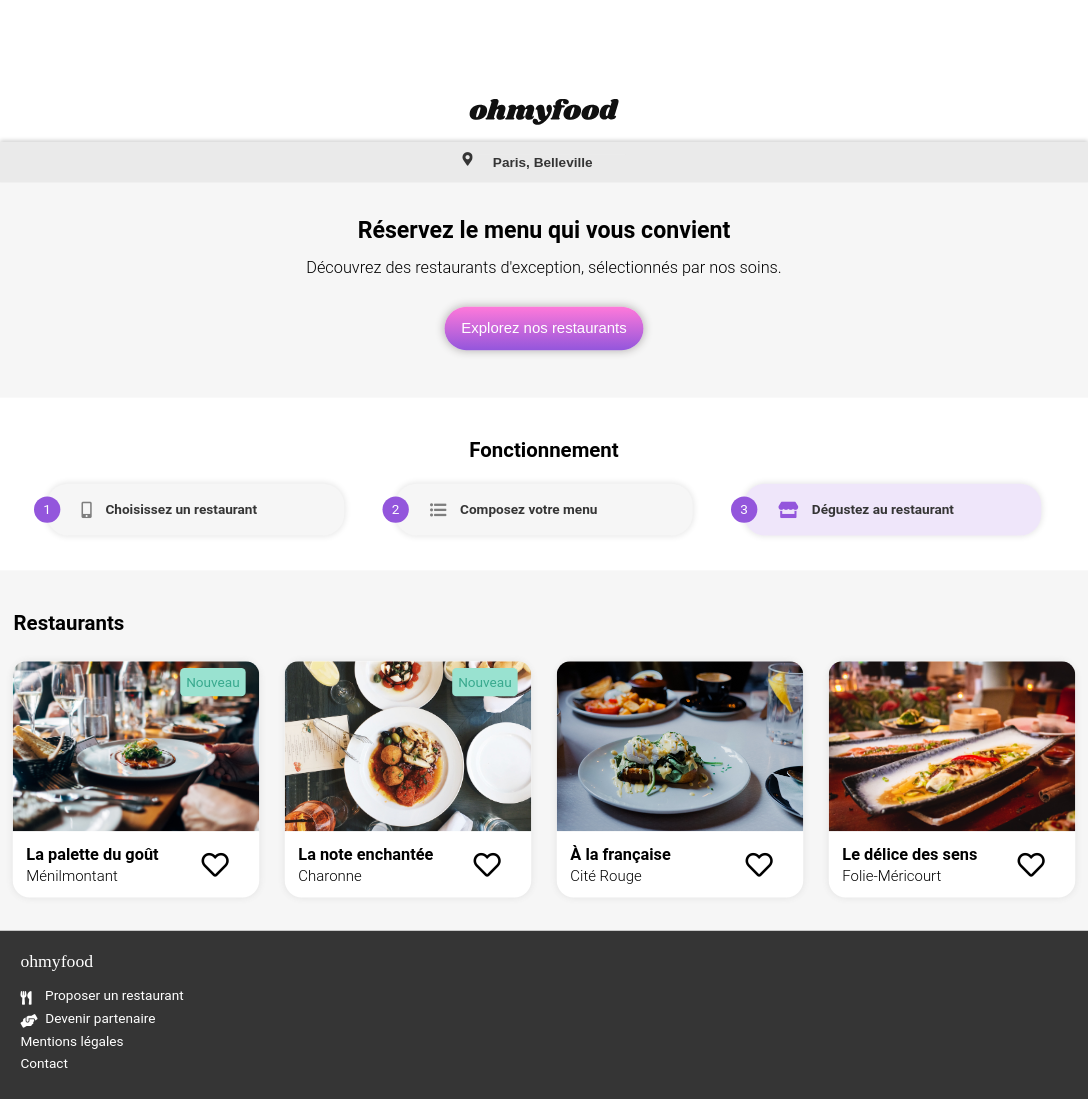
Repository: AlexisTisserand/AlexisTisserand_3_24112020
Page: index.html
The author's editor kept a copy of each file at every save. The page is drawn from the files as they stood at one save, then again after the next save.
The browser window is 1280 px wide. The pictures show the whole page, at 85% of full size.
Some web libraries are served in a nearby version. The style sheet was rebuilt from its Sass, Less or Tailwind sources for each picture, by a compiler version that may differ from the author's.

Above is the page before, as saved 2020-12-09 14:29:46.

### index.html
<!DOCTYPE html>
<html lang="fr">

<head>
    <meta charset="UTF-8"/>
    <meta name="viewport" content="width=device-width, initial-scale=1">
    <meta name="descritpion" content="Site internet ohmyfood, composez votre menu et réservez dans les meilleurs restaurants de Paris.">
    <meta name="author" content="Alexis Tisserand">
    <link rel="stylesheet" href="https://use.fontawesome.com/releases/v5.4.1/css/all.css" integrity="sha384-5sAR7xN1Nv6T6+dT2mhtzEpVJvfS3NScPQTrOxhwjIuvcA67KV2R5Jz6kr4abQsz" crossorigin="anonymous">
    <link rel="stylesheet" href="style.css"/>
    <title>ohmyfood - Accueil</title>
</head>

<!--bloc_page-->
<body>

<div class="lds-grid"><div></div><div></div><div></div><div></div><div></div><div></div><div></div><div></div><div></div></div>

<div id="bloc-page">

<!--HEADER-->

<header>

    <div class="logo">
        <img src="images/logo/ohmyfood@2x.svg" alt="Logo ohmyfood"/>
    </div>
    <div class="search-bar">
        <div class="search-bar-button"><i class="fas fa-map-marker-alt"></i></div>
        <input type="search" class="search-bar-text-input" placeholder="Saisissez votre ville" value="Paris, Belleville">
    </div>
</header>

<section id="description-ohmyfood">
    <h2>Réservez le menu qui vous convient</h2>
    <h3>Découvrez des restaurants d'exception, sélectionnés par nos soins.</h3>
    <button class="description-ohmyfood-explorer" type="button">Explorez nos restaurants</button>
</section>

<section id="fonctionnement">
    <h2>Fonctionnement</h2>
    <nav>
        <ul class="fonctionnement-nav">
            <li class="fonctionnement-nav-etape ">
                <span>1</span>
                <i class="fas fa-mobile-alt"></i>
                <h4>Choisissez un restaurant</h4>
            </li>
            <li class="fonctionnement-nav-etape ">
                <span>2</span>
                <i class="fas fa-list-ul"></i>
                <h4>Composez votre menu</h4>
            </li>
            <li class="fonctionnement-nav-etape active">
                <span>3</span>
                <i class="fas fa-store"></i>
                <h4>Dégustez au restaurant</h4>
            </li>
        </ul>
    </nav>
</section>

<section id="restaurants">

        <h2>Restaurants</h2>

        <a href="menu-la-palette-du-gout.html" class="card-restaurant">
            <img class="card-restaurant-img" src="images/restaurants/la_palette_du_gout-min.jpg" alt="La Palette du Goût"/>
            <div class="card-restaurant-nouveau">Nouveau</div>
            <div class="card-restaurant-legende">
                <div class="card-restaurant-legende-text">
                    <h4>La palette du goût</h4>
                    <h5>Ménilmontant</h5>
                </div>
                <div class="card-restaurant-legende-heart">
                    <span class="fa-stack">
                        <i class="far fa-heart fa-stack-2x"></i>
                    </span>
                </div>
            </div>
        </a>

        <a href="menu-la-note-enchantee.html" class="card-restaurant">
            <img class="card-restaurant-img" src="images/restaurants/la_note_enchantee-min.jpg" alt="La Note Enchantée"/>
            <div class="card-restaurant-nouveau">Nouveau</div>
            <div class="card-restaurant-legende">
                <div class="card-restaurant-legende-text">
                    <h4>La note enchantée</h4>
                    <h5>Charonne</h5>
                </div>
                <div class="card-restaurant-legende-heart">
                    <span class="fa-stack">
                        <i class="far fa-heart fa-stack-2x"></i>
                    </span>
                </div>
            </div>
        </a>

        <a href="menu-a-la-francaise.html" class="card-restaurant">
            <img class="card-restaurant-img" src="images/restaurants/a_la_française-min.jpg" alt="À La Française"/>
            <div class="card-restaurant-legende">
                <div class="card-restaurant-legende-text">
                    <h4>À la française</h4>
                    <h5>Cité Rouge</h5>
                </div>
                <div class="card-restaurant-legende-heart">
                    <span class="fa-stack">
                        <i class="far fa-heart fa-stack-2x"></i>
                    </span>
                </div>
            </div>
        </a>

        <a href="menu-le-delice-des-sens.html" class="card-restaurant">
            <img class="card-restaurant-img" src="images/restaurants/le_delice_des_sens-min.jpg" alt="Le Délice Des Sens"/>
            <div class="card-restaurant-legende">
                <div class="card-restaurant-legende-text">
                    <h4>Le délice des sens</h4>
                    <h5>Folie-Méricourt</h5>
                </div>
                <div class="card-restaurant-legende-heart">
                    <span class="fa-stack">
                        <i class="far fa-heart fa-stack-2x"></i>
                    </span>
                </div>
            </div>
        </a>
</section>

</div>

<footer>
    <h2>ohmyfood</h2>
    <div class="footer-img-text">
        <i class="fas fa-utensils"></i>
        <a href="#"><h3>Proposer un restaurant</h3></a>
    </div>
    <div class="footer-img-text">
        <i class="fas fa-hands-helping"></i>
        <a href="#"><h3>Devenir partenaire</h3></a>
    </div>
    <a href="#"><h3>Mentions légales</h3></a>
    <a href="mailto:ohmyfood@outlook.com"><h3>Contact</h3></a>
</footer>


</body>
</html>

### sass/style.scss
/*COULEURS VARIABLES*/
$primary: #9356DC;
$secondary: #FF79DA;
$tertiary: #99E2D0;
$color-text: #353535;
$color-background: #f6f6f6;
$color-box-shadow :#e5e5e5;

.lds-grid {
    display: inline-block;
    position: relative;
    width: 80px;
    height: 80px;
  }
  .lds-grid div {
    position: absolute;
    width: 16px;
    height: 16px;
    border-radius: 50%;
    background: #fff;
    animation: lds-grid 1.2s linear infinite;
  }
  .lds-grid div:nth-child(1) {
    top: 8px;
    left: 8px;
    animation-delay: 0s;
  }
  .lds-grid div:nth-child(2) {
    top: 8px;
    left: 32px;
    animation-delay: -0.4s;
  }
  .lds-grid div:nth-child(3) {
    top: 8px;
    left: 56px;
    animation-delay: -0.8s;
  }
  .lds-grid div:nth-child(4) {
    top: 32px;
    left: 8px;
    animation-delay: -0.4s;
  }
  .lds-grid div:nth-child(5) {
    top: 32px;
    left: 32px;
    animation-delay: -0.8s;
  }
  .lds-grid div:nth-child(6) {
    top: 32px;
    left: 56px;
    animation-delay: -1.2s;
  }
  .lds-grid div:nth-child(7) {
    top: 56px;
    left: 8px;
    animation-delay: -0.8s;
  }
  .lds-grid div:nth-child(8) {
    top: 56px;
    left: 32px;
    animation-delay: -1.2s;
  }
  .lds-grid div:nth-child(9) {
    top: 56px;
    left: 56px;
    animation-delay: -1.6s;
  }
  @keyframes lds-grid {
    0%, 100% {
      opacity: 1;
    }
    50% {
      opacity: 0.5;
    }
  }

/*VARIABLES TAILLE ET FONT FAMILY*/
$font-family: 'roboto', 'Raleway', 'Trebuchet MS', 'Lucida Sans Unicode', 'Lucida Grande', 'Lucida Sans', Arial, sans-serif;;
$size: 1rem;

/*Extensions*/
.box-shadow{
    box-shadow: 0px 0px 8px 1px $color-box-shadow;
    color: $color-text;
    border: none;
    border-radius: 25px;
    width: 350px;
    background-color: $color-background;
}

.margin-plats{
    margin: 0.5rem 0 0rem 0.9rem;
}

.cercle{
    background-color: $primary;
    color: white;
    padding: 8px;
    border-radius: 50px;
    margin-right: 25px;
    margin-left: -15px;
    width: 15px;
    height: 15px;
    text-align: center;
    align-content: center;
    font-size: $size;
    line-height: 15px;
    font-weight: light;
}

/*KEYFRAMES*/

@keyframes fadein{
    from{
        opacity: 0.4;
    }
    to{
        opacity: 1;
    }
}

body{
    background-color: white;
    font-family: $font-family;
    margin: auto;
}

a{
    text-decoration: none;
    color: black;
}

#bloc-page{
    width: 100%;
    margin: auto;
    max-width: 2000px;
    min-width: 100px;
}

/*HEADER*/

header{
    text-align: center;
    .logo{
        margin-top: $size + 1rem;
        img{
            width: $size + 10rem;
        }
    }
}

.search-bar{
    display: flex;
    background-color: #EAEAEA;
    box-shadow: 0px -2px 5px 0px #CFCFCF;
    height: $size + 2rem;
    margin-top: 1rem;
    align-items: center;
    justify-content: center;
    .fas{
        font-size: $size;
        margin-bottom: 1rem;
    }
    .search-bar-button{
        color: $color-text;
        font-size: $size + 0.5rem;
    }
    .search-bar-text-input{
        outline: none;
        padding: 0;
        background-color: #EAEAEA;
        border: none;
        color: $color-text;
        font-size: $size;
        font-weight: bold;
        text-align: center;
        width: 180px;
    }
}

/*SECTION DESCRIPTION*/

#description-ohmyfood{
    display: flex;
    flex-direction: column;
    background-color: $color-background;
    align-items: center;
    text-align: center;
    h2{
        font-size: $size + 0.7rem ;
        padding: $size;
        margin-bottom: 0;
        margin-top: $size + 0.5rem;
    }
    h3{
        font-size: $size + 0.2rem ;
        font-weight: 300;
        margin-top: 0;
        padding: $size - 0.5rem, $size + 1rem ;
    }
    button{
        font-size: $size + 0.1rem;
        margin-top: $size;
        font-weight: normal;
        color: white;
        background: linear-gradient($secondary, $primary);
        position: relative;
        border: none;
        box-shadow: 0px 0px 10px 1px #b6b3b3;
        border-radius: 40px;
        padding: 15px 20px;
        margin-bottom: $size + 2.5rem;
        transition: transform ease-in-out 500ms, opacity ease-in-out 500ms, box-shadow ease-in-out 500ms ;
        &:hover{
            opacity: 0.7;
            box-shadow: 0px 0px 7px 3px #484B4C;
            transform: scale(1.1);
            cursor: pointer;

        }
        &:active{
            border-style: none;
        }
        &:focus{
            outline:none;
        }
    }
}

/*FONCTIONNEMENT*/

#fonctionnement{
    display: flex;
    align-items: center;
    flex-direction: column;
    background-color: white;
    h2{
        margin: 3*$size $size $size;
    }
    ul{
        padding: 10px;
        margin-top: - $size;
    }
}

.fonctionnement-nav{
    display: flex;
    flex-wrap: wrap;
    justify-content: space-around;
    &-etape{
        display: flex;
        flex-direction: row;
        align-items: center;
        margin: 15px 30px ;
        transition: background-color ease-in-out 200ms, box-shadow ease-in-out 200ms, transform ease-in-out 200ms;
        @extend .box-shadow;
        &:hover{
        background-color: rgba($color:$primary, $alpha: 0.15);
        transform: scale(1.01);
        cursor: pointer;
        &:hover .fas{
        color: $primary;
        }
    }
    span{
        @extend .cercle;
    }
    .fas{
        margin-right: 15px;
        color: #7e7e7e;
        font-size: $size + 0.2rem;
        margin-right: $size;
        }
    }
    &-etape.active{
        background-color: rgba($color:$primary, $alpha: 0.15);
        .fas{
            color: $primary;
        }
    }
}

/*RESTAURANTS*/

#restaurants{
    display: flex;
    flex-direction: column;
    background-color: $color-background;
    padding-bottom: $size + 0.5rem;
    h2{
        margin: 3*$size $size $size;
    }
}

.card-restaurant{
    display: flex;
    position: relative;
    z-index: 1;
    flex-direction: column;
    background-color: white;
    border-radius: 20px;
    box-shadow: 0px 0px 8px 1px $color-box-shadow;
    margin: 15px;
    box-sizing: border-box;
    transition: ease-in-out 200ms;
    &:hover{
        transform: scale(1.01);
    }
    img{
    height: 200px;
    position: relative;
    z-index: 1;
    object-fit: cover;
    width: 100%;
    border-radius: 1rem 1rem 0 0;
    }
    &-nouveau{
        background-color: $tertiary;
        color: #39a98e;
        position: absolute;
        top: 8px;
        right: 16px;
        padding: 7px;
        border-radius: 5px;
        z-index: 2;
    }
    &-legende{
        display: flex;
        flex-direction: row;
        justify-content: space-between;
        &-text{
            display: flex;
            flex-direction: column;
            margin-left: $size;
            h4{
                font-size: $size + 0.2rem;
                margin-top: $size;
                margin-bottom: 0;
            }
            h5{
                margin-top: 0.2 * $size;
                margin-bottom: $size;
                font-weight: 300;
                font-size: $size + 0.1rem;
            }
        }
        &-heart{
            align-self: center;
            margin-right: 2 * $size;
            .far{
                &:hover{
                font-weight: 900;
                background:-moz-linear-gradient(top, $primary 0%, $secondary 100%);
                background: -webkit-linear-gradient(top, $primary 0%, $secondary 100%);
                background: linear-gradient(to bottom, $primary 0%, $secondary 100%);
                -webkit-background-clip: text;
                -moz-background-clip: text;
                background-clip: text;
                -webkit-text-fill-color: transparent;
                transition: font-weight ease-in-out 0s ;
                animation: fadein 900ms;
                background-position: 0 100%;
                cursor: pointer;
                }
            }
        }
    }
}

/*FOOTER*/

footer{
    padding: $size + 0.5rem;
    background-color: $color-text;
    color: white;
    h2{
        font-family: 'Shrikhand';
        font-weight: normal;
        font-size: $size + 0.3rem;
        margin-top: 0;
    }
    h3{
        margin: 0;
        font-weight: 400;
        margin-bottom: 0.5 * $size;
        font-size: initial;
    }
    .footer-img-text{
        display: flex;
        flex-direction: row;
        align-items: center;
        .fas{
            margin-right: $size;
            &.fa-hands-helping{
                margin-right: 0.58* $size;
            }
        }
    }
    a{
        color: white;
    }
}

/*********************************************************/
/*MEDIA QUERIES ACCUEIL*/
/*********************************************************/

/*LARGE DEVICES*/
@media screen and (min-width: 1268px){

    #restaurants{
        display: grid;
        grid-template-columns: repeat(4, 1fr);
        grid-template-rows: auto auto auto ;
        margin-bottom: 0px;
    }   h2{
        grid-column: 1/-1;
    }
}

/*MEDIUM DEVICES*/
@media screen and (max-width: 1267px){

    .fonctionnement-nav{
        justify-content: center;
        &-etape{
            width: 100%;
        }
    }

    #restaurants{
        display: grid;
        grid-template-columns: repeat(2, 1fr);
        grid-template-rows: auto auto auto ;
        h2{
            grid-column: 1/-1;
        }
    }
}

/*SMALL DEVICES*/
@media screen and (max-width: 660px){
    .fonctionnement-nav-etape{
        width: 100%;
    }

    #restaurants{
        display: grid;
        grid-template-columns: 1fr;
        grid-template-rows: auto auto auto ;
        h2{
            grid-column: 1/-1;
        }
    }
}

/*********************************************************/
/*MENU*/
/*********************************************************/

header{
    a{
        position: absolute;
        left: $size;
        color: $color-text;
        font-size: $size + 0.3rem;
        transition: opacity 0.5s;

        &:hover{
            opacity: 0.5;
        }
    }
}

.restaurant-img{
    img{
        object-fit: cover;
        width: 100%;
        height: 300px;
        margin-top: $size;
        position: relative;
        z-index: 0;
    }
}

.restaurant-menu{
    background-color: $color-background;
    border-radius: 50px 50px 0 0;
    margin-top: - 3rem;
    position: relative;
    display: flex;
    z-index: 1;
    flex-direction: column;
    width: 100%;
    &--titre{
        display: flex;
        flex-direction: row;
        justify-content: center;
        align-items: center;
        margin-top: $size;
        h2{
            font-family: 'Shrikhand';
            font-size: $size + 1rem;
            margin-right: $size + 0.5rem;
            margin-left: $size;
        }
    }
    &-carte{
        display: flex;
        flex-direction: row;
        flex-wrap: wrap;
    }
    h3{
        font-weight: 300;
        font-size: $size + 0.1rem;
        margin-left: $size;
        border-bottom: $tertiary 3px solid;
        width: 45px;
        padding-bottom: 10px;
    }
    &--plats{
        display: grid;
        grid-template-columns: 2.3fr 0.3fr 0.3fr;
        grid-template-rows: repeat(2, 1fr);
        gap: 0px 0px;
        background-color: white;
        box-shadow: 0px 0px 8px 1px $color-box-shadow;
        color: $color-text;
        border: none;
        border-radius: 13px;
        margin: 0 $size $size $size;
        width: 100%;
        cursor: pointer;
        overflow: hidden;
        text-overflow: ellipsis;
        &:hover .fas {
            transform: rotate(360deg);
        }
        &:hover &--checkbox{
            transform: translateX(0%);
        }
        &:hover &--prix{
            margin-right: 30%;
        }
        &--name{
            grid-area: 1 / 1 / 2 / 3;
        }
        &--accompagnements{
            grid-area: 2 / 1 / 3 / 2;
            display: flex;
            flex-direction: row;
            align-content: center;
            justify-content: space-between;
            h5{
                font-weight: 300;
                margin: 0rem 0 0.5rem 0.9rem;
                font-size: 1rem;
            }
        }
        &--prix{
            grid-area: 2 / 2 / 3 / 4;
            transition: margin-right 1s;
            p{
                font-weight: bold;
                margin: 0 ;
                text-align: end;
                margin-right: $size;
            }
        }
        &--checkbox{
            background-color: $tertiary;
            grid-area: 1 / 3 / 3 / 4;
            border-radius: 0 13px 13px 0;
            text-align: center;
            transform: translateX(100%);
            transform-origin: 100% 50%;
            transition: transform 1s;

            .fas{
                font-size: xx-large;
                margin: $size;
                color: white;
                transition: transform 1s;
            }
        }
        h4{
        @extend .margin-plats;
        font-size: $size + 0.1rem;
        }
    }
    button{
        width: 200px;
        align-self: center;
        font-size: $size + 0.1rem;
        margin-top: 3 * $size;
        font-weight: normal;
        color: white;
        background: linear-gradient($secondary, $primary);
        position: relative;
        border: none;
        box-shadow: 0px 0px 10px 1px #b6b3b3;
        border-radius: 40px;
        padding: 15px 20px;
        margin-bottom: 4 * $size;
        transition: transform ease-in-out 500ms, opacity ease-in-out 500ms, box-shadow ease-in-out 500ms ;
        &:hover{
            opacity: 0.7;
            box-shadow: 0px 0px 7px 3px #484B4C;
            transform: scale(1.1);
            cursor: pointer;
        }
        &:active{
            border-style: none;
        }
        &:focus{
            outline:none;
        }
    }
}


/*********************************************************/
/*MEDIA QUERIES MENUS*/
/*********************************************************/

/*LARGE DEVICES*/
@media screen and (min-width:660px){
    .restaurant-menu--titre{
        justify-content: space-between;
    }

    .restaurant-menu--plats{
        width: 100%;
    }

}

/*MEDIUM DEVICES*/
@media screen and (max-width: 1267px){


}

/*SMALL DEVICES*/
@media screen and (max-width: 660px){


}

After the next save:
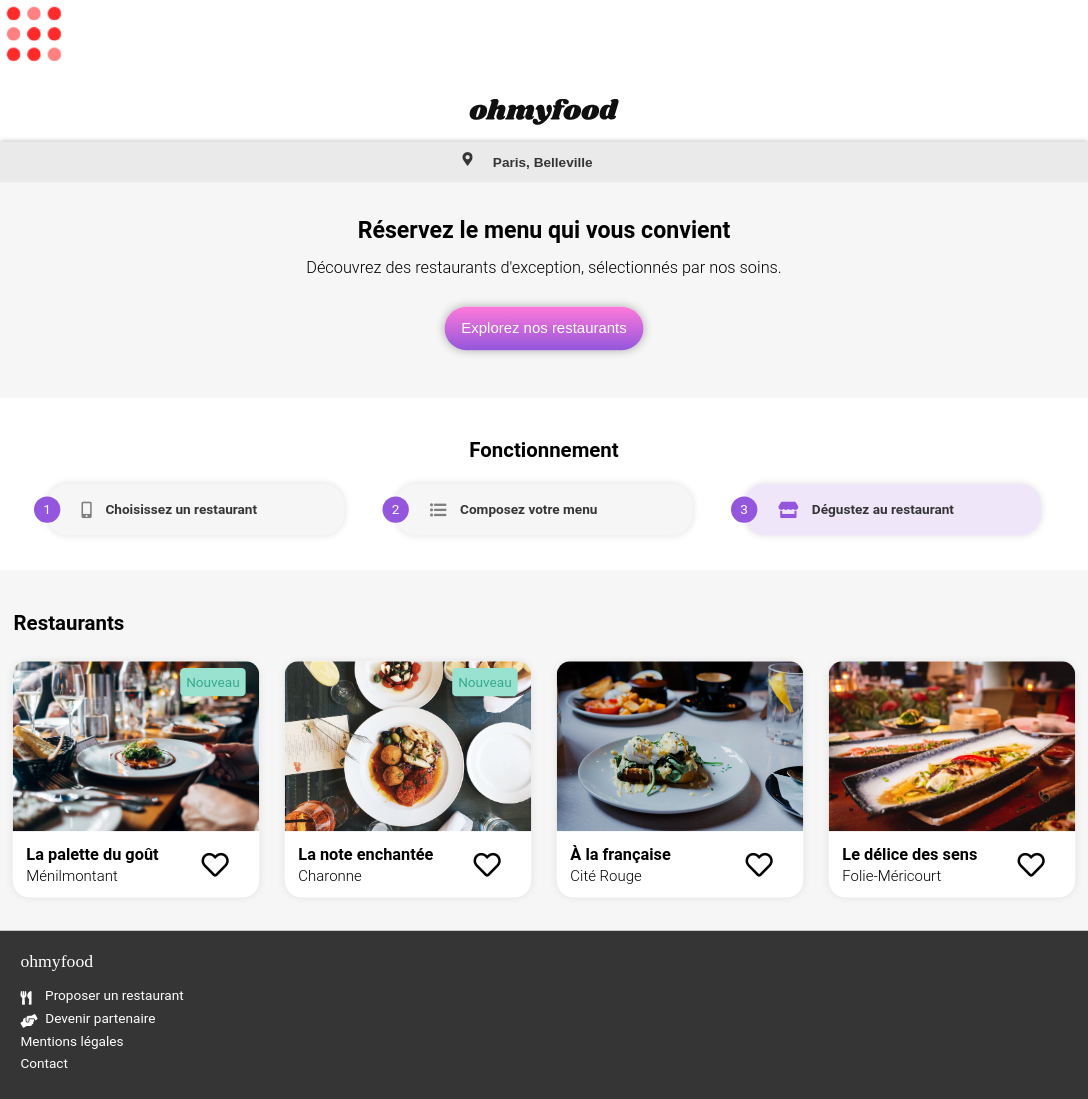
Saved 11 s later.
--- a/sass/style.scss
+++ b/sass/style.scss
@@ -17,7 +17,7 @@ $color-box-shadow :#e5e5e5;
     width: 16px;
     height: 16px;
     border-radius: 50%;
-    background: #fff;
+    background: red;
     animation: lds-grid 1.2s linear infinite;
   }
   .lds-grid div:nth-child(1) {
